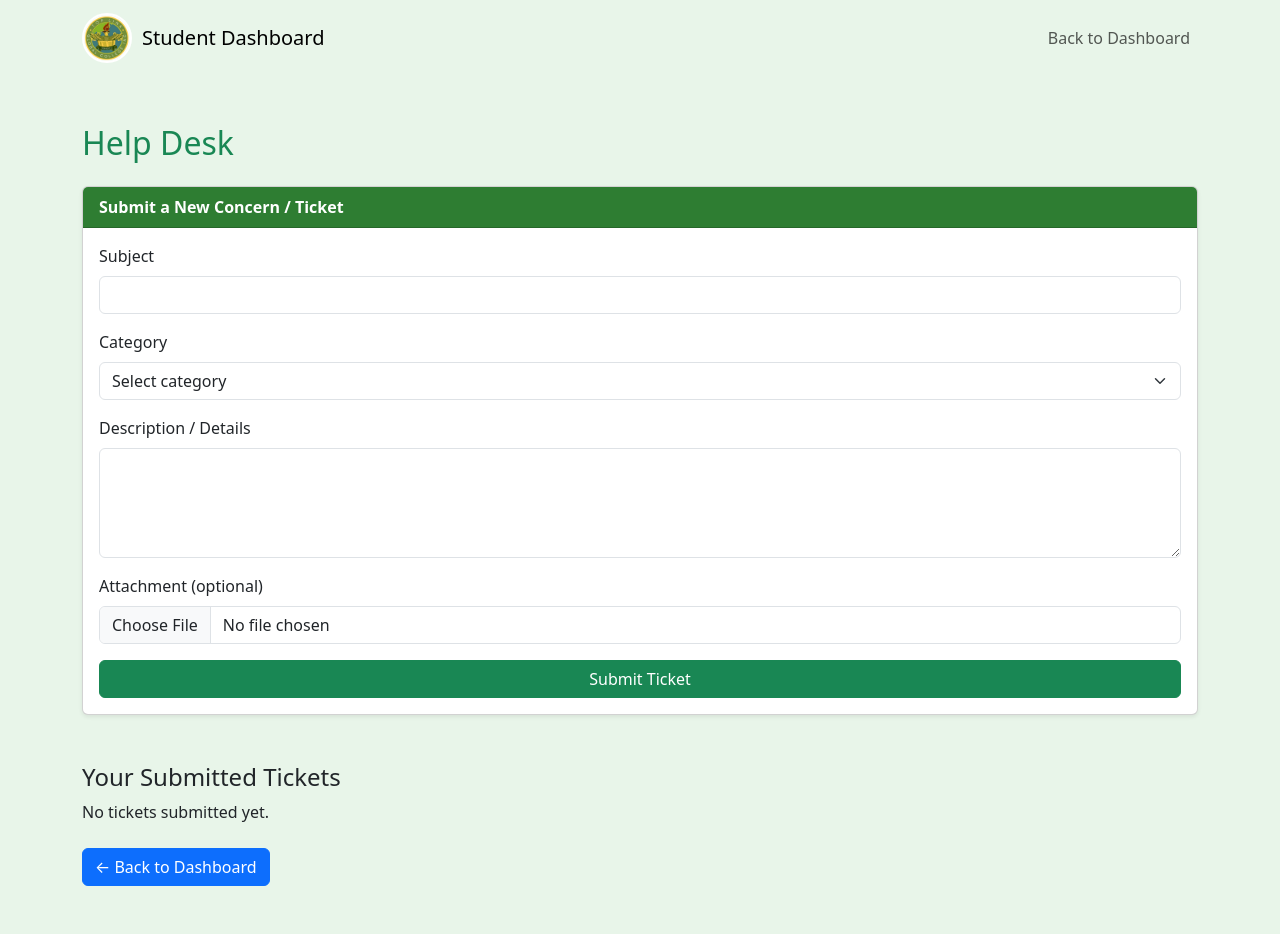
Repository: partymaker01/IT2C_Enrollment_System_SourceCode
Page: http://localhost/IT2C_Enrollment_System_SourceCode/student/Support&Notices/Help Desk.php
An editor plug-in stored every save of this project. The page is shown before and after the next save, followed by the edit.
The browser window is 1280 px wide. The pictures show the whole page.
The page is run by PHP 8.4 with error messages shown; the project is at /var/www/html/. Queries for data that is not in the repository find no rows.

Above is the page before, as saved 2025-06-01 23:07:33.

After the next save:
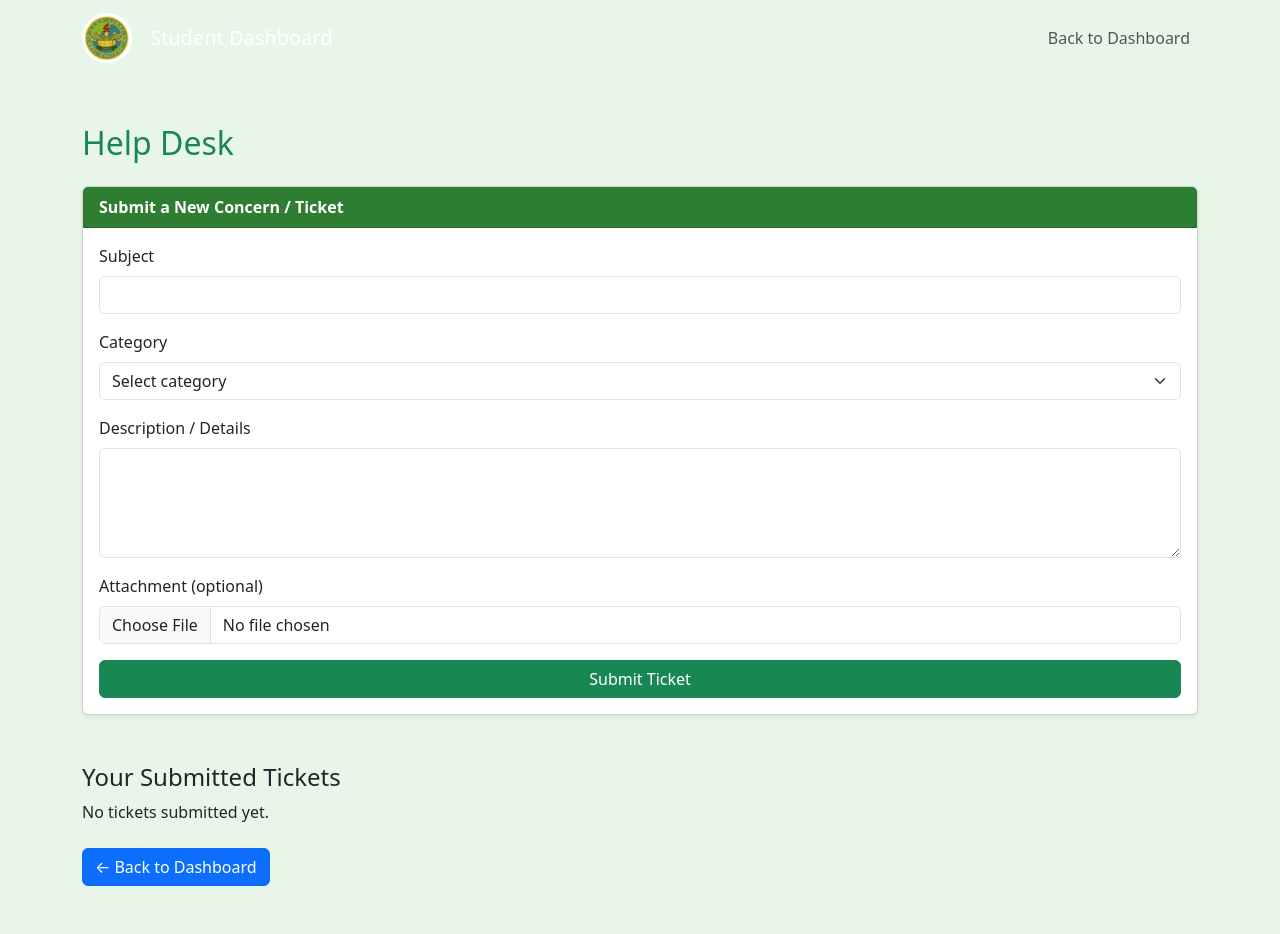
Saved 6 s later.
--- a/student/Support&Notices/Help Desk.php
+++ b/student/Support&Notices/Help Desk.php
@@ -126,25 +126,25 @@
 <body>
   <nav class="navbar navbar-expand-lg">
   <div class="container">
-    <a class="navbar-brand d-flex align-items-center" href="#">
+    <a class="navbar-brand d-flex align-items-center" href="/IT2C_Enrollment_System_SourceCode/student/student-dashboard.php">
       <img src="/IT2C_Enrollment_System_SourceCode/picture/tlgc_pic.jpg" alt="School Logo" class="school-logo">
-      Student Dashboard
-      </a>
-      <button class="navbar-toggler" type="button" data-bs-toggle="collapse" data-bs-target="#navbarNav"
-        aria-controls="navbarNav" aria-expanded="false" aria-label="Toggle navigation">
-        <span class="navbar-toggler-icon"></span>
-      </button>
-      <div class="collapse navbar-collapse" id="navbarNav">
-        <ul class="navbar-nav ms-auto">
-          <li class="nav-item">
-            <a class="nav-link" href="/IT2C_Enrollment_System_SourceCode/student/student-dashboard.php">
-              <i class="bi bi-arrow-left"></i> Back to Dashboard
-            </a>
-          </li>
-        </ul>
-      </div>
+      <span class="text-white ms-2">Student Dashboard</span>
+    </a>
+    <button class="navbar-toggler" type="button" data-bs-toggle="collapse" data-bs-target="#navbarNav"
+      aria-controls="navbarNav" aria-expanded="false" aria-label="Toggle navigation">
+      <span class="navbar-toggler-icon"></span>
+    </button>
+    <div class="collapse navbar-collapse" id="navbarNav">
+      <ul class="navbar-nav ms-auto">
+        <li class="nav-item">
+          <a class="nav-link" href="/IT2C_Enrollment_System_SourceCode/student/student-dashboard.php">
+            <i class="bi bi-arrow-left"></i> Back to Dashboard
+          </a>
+        </li>
+      </ul>
     </div>
-  </nav>
+  </div>
+</nav>
 
   <div class="container my-5">
     <h2 class="text-success mb-4">Help Desk</h2>
